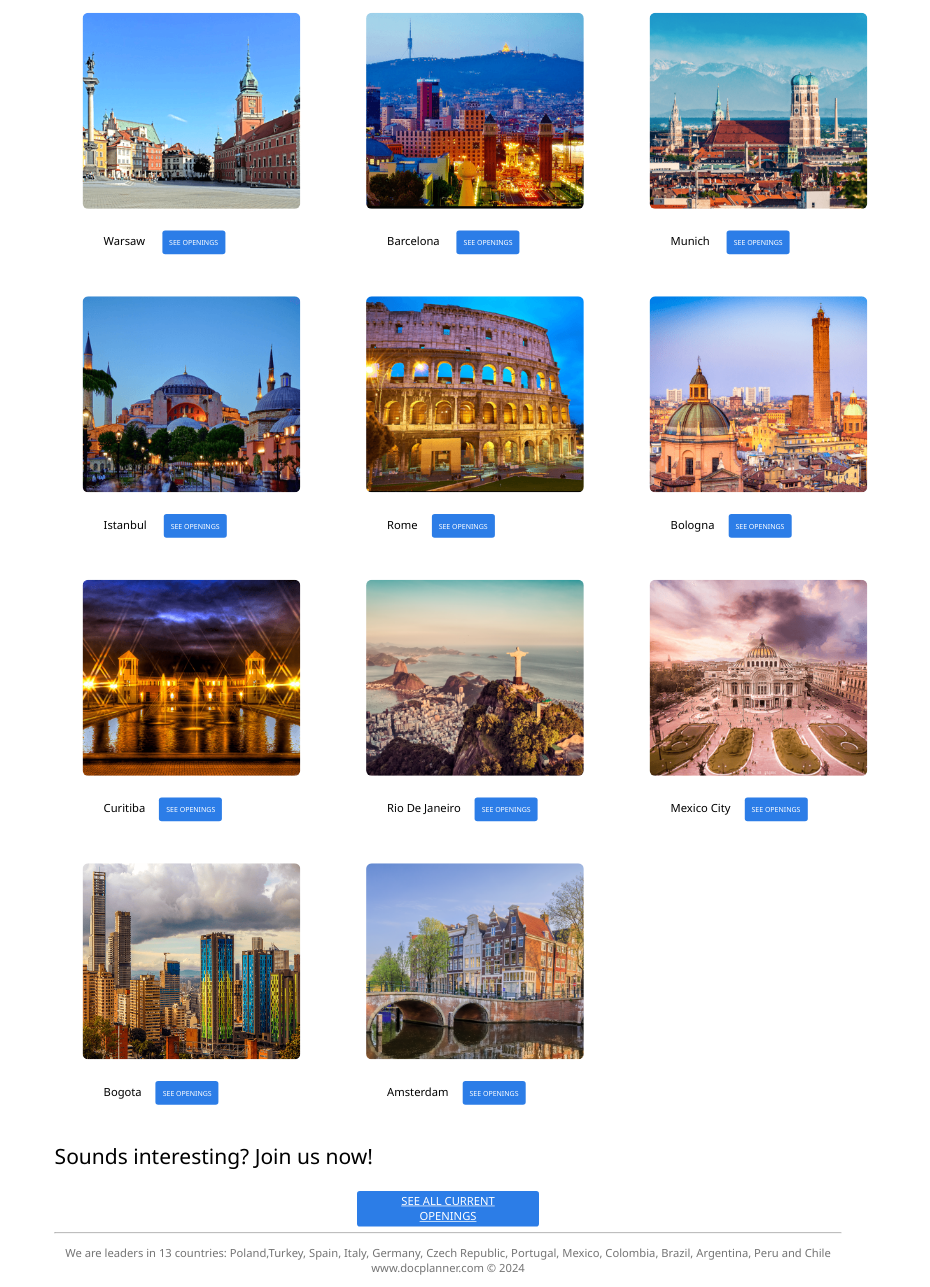
Repository: awa-creator/Checkpoint4
Page: doc.html
An editor plug-in stored every save of this project. The page is shown before and after the next save, followed by the edit.
The browser window is 1280 px wide. The page is 1328 px wide, so the pictures cover 1328 px, including what lies to the right of the window. The pictures show the part of the page from y = 1796 to 3636 px (the page is 3634 px tall before and 3636 px after), at 70% of full size.

Above is the page before, as saved 2024-09-24 23:16:18.

### doc.html
<!DOCTYPE html>
<html lang="en">
<head>
    <meta charset="UTF-8">
    <meta name="viewport" content="width=device-width, initial-scale=1.0">
    <title>Document</title>
    <link rel="stylesheet" href="style1.css">

</head>

<body>
        <header class="Doc_header" >
           <img class="doc_logo" src="image/imagdocplanner/logo-default-group-en.svg" alt="logo" width="238px" height="33px">
            <ul class="nav_menu">
            <li><h4 class="H">A About us</h4></li>
        <li><h4 class="H"> Career</h4></li>
        <li><h4 class="H">Departments</h4></li>
    </ul>
</header>
    <section class="Introduction">
        <div >
            <center><img class="idps" src="image/imagdocplanner/sygnet.png" alt=""></center>
        </div>
               <h1 class="tittle_intro" >Making the healthcare experience more human</h1>
        <div class="intro_text">
        <div class="div1"><p>We want patients to find the perfect doctor and book an appointment in the most easy way. The patient journey should be enjoyable, and that's why we are always next to them: to help them find the best possible care. Anytime, anywhere.</p>
        </div>
            <div class="div2"><p> We also help doctors to better manage their practice and build their  online reputation. With our integrated end-to-end solution, doctors  are able not only to improve their online presence, but also to  devote their time to what really matters: their patients.</p>
            </div>
            </div>
        </section>
        <section class="box">
            <div class="boxp">
                <img src="image/imagdocplanner/icon-patients.svg" alt="">
                <h2 class="text">For patients</h2> <p class="boxtext">Find a doctor, book a <br> visit and solve any <br> health-related doubt</p>
             <div class="">
   <select  class="choose_c" name="selectp" id="">
    <option value="">Choose a country</option>
    <option value="">Tunisia</option>
    <option value="">Morocco</option>
    <option value="">Senegal</option>
    <option value="">England</option>
    <option value="">Sweden</option>
    <option value="">France</option>
    <option value="">Saudi Arabia</option>
    <option value="">Japan</option>
   </select>
             </div>
            </div>
            <div class="boxd">
                <img src="image/imagdocplanner/icon-doctors.svg" alt=""> <h2 class="text">For doctors</h2> <p class="boxtext">Save time managing <br>visits and cut no- <br>shows by half</p>
            <div class="selectd">
                <select class="choose_c" name="" id="">
                    <option class="choose_c" value="">Choose a country</option>
                    <option value="">Argentina</option>
                    <option value="">Brazil</option>
                    <option value="">Chili</option>
                    <option value="">Colombia</option>
                    <option value="">Czech</option>
                    <option value="">Germany</option>
                    <option value="">Italy</option>
                    <option value="">Mexico</option>
                    <option value="">Peru</option>
                    <option value="">Poland</option>
                    <option value="">Spain</option>
                    <option value="">Turkey</option>
                   </select>
            </div>
            </div>
            <div class="boxc">
                <img src="image/imagdocplanner/icon-clinics.svg" alt=""> <h2 class="text">For clinics</h2> <p class="boxtext">Deliver an exceptional <br> patient experience in <br> your clinic</p>
            <select class="choose_c"name="" id="">
                <option value="">2 to 20 specialists</option>
                    <option value="">Brazil</option>
                    <option value="">Czech</option>
                    <option value="">Germany</option>
                    <option value="">Italy</option>
                    <option value="">Mexico</option>
                    <option value="">Poland</option>
                    <option value="">Spain</option>
                    <option value="">Turkey</option>
            </select> <br><br>
            <select  class="choose_c"name="" id="">
                <option  value="" >More than 20 specialists</option>
                <option value="">Brazil</option>
                <option value="">Italy</option>
                <option value="">Mexico</option>
                <option value="">Poland</option>
                <option value="">Spain</option>
            </select>
            </div>
        </section>
        <section  on class="brand_section">
            <p class="brand_intro"> We are a global <br> company <br> with local culture </p>
            <ul class="brand_logo">
            <a href=""><img class="im" src="image/imagdocplanner/sygnet.png" alt="">Znanylekarz</a>
            <a href=""><img class="im" src="image/imagdocplanner/sygnet.png" alt="">Doctoralia</a>
            <a href=""><img class="im" src="image/imagdocplanner/sygnet.png" alt="">Miodottore</a>
            <a href=""><img class="im" src="image/imagdocplanner/sygnet.png" alt="">Doktortakvimi</a>
            <a href=""><img class="im" src="image/imagdocplanner/sygnet.png" alt="">Znamylekar</a>
            <a class="bl" href="https://www.jameda.de/"><img class="jameda" src="image/imagdocplanner/logo-jameda.svg" alt=""></a>
            <a href="https://tuotempo.com/powered-by-tuotempo"><img class="tuotempo" src="image/imagdocplanner/logo-tuotempo.svg" alt="" width="140px" height="30px"></a>
            <a href="https://gipo.it/?redirect_origin=www.gipo.it"><img class="gipo" src="image/imagdocplanner/logo-gipo-primary.svg" alt=""></a>
            <a href="href=https://clinic-cloud.com/"><img class="clinic" src="image/imagdocplanner/logo-clinicloud.svg" alt="" > </a>
            <a  href="href=https://feegowclinic.com.br/"><img class="feegowclinic"  src="image/imagdocplanner/logo-feegow.svg" alt=""></a>
            <a  href="href=https://mydr.pl/welcome/"><img class="mydr" src="image/imagdocplanner/my-dr-edm-logo.svg" alt="" ></a>
        </ul>
    </section>
        <section class="platform">
            <div class="plat">
            <h1 class="iplat"> The world's biggest <br>healthcare platform</h1>
<p class="p_plat">We work from 9 offices all over the world, bringing Docplanner Group <br>to life in 13 countries. <br></p></div>
  <img class="logsynget" src="image/imagdocplanner/logo.png" alt="" >
<center><div class="grid">
                        <div class="column1a">
                   <img class="ilog" src="image/imagdocplanner/flag.png" alt="">  <h4 class="tittlegrid">Leader in 13 <br>countries </h4> <p class="textgrid">Poland, Brazil, Mexico, Spain, Italy, Germany, Turkey, Colombia, Czech Republic, Portugal, Argentina, Peru and Chile</p>
                        </div>
                        <div class="column1b">
                            <img class="ilog"  src="image/imagdocplanner/patients.png" alt=""><h4 class="tittlegrid">90,000,000 <br>patients</h4><p class="textgrid">visit our websites each month</p>
                                </div>
                        <div class="column2a">
                            <img class="ilog"  src="image/imagdocplanner/visits.png" alt=""> <h4 class="tittlegrid">22,000,000 <br>appointments</h4><p class="textgrid">booked last month</p>
                                </div>

                <div class="column2b">
                    <img class="ilog"  src="image/imagdocplanner/doctors.png" alt=""><h4 class="tittlegrid">260,000 <br>active doctors</h4> <p class="textgrid">trust our solutions</p>
                        </div>   </center>
                    </div>
                </section>
        <section class="contries">
            <center><h1 class="h1_contrie">Improve the lives of millions. <br>Change yours forever.</h1></center>
            <center><p class="p_contrie"> More than 2800 team mates share our same vision,<br> goals and passion.With offices in Warsaw, Barcelona, Munich, Istanbul, Rome, Rio, Bologna,<br> Mexico City and Curitiba, our search for great talent never stops. </p></center>
        </section>
       <section>
            <ul class="picture" >
     <li class="country1">
        <img class="coun" src="image/imagdocplanner/warsaw.png" alt=""><div class="count">Warsaw <a href="#">SEE OPENINGS</a></div></li>
<li class="country2">
<img class="coun"  src="image/imagdocplanner/barcelona.png" alt=""><div class="count">Barcelona <a href="#" target="_blank" rel="noopener noreferrer">SEE OPENINGS</a></div>
</li>
<li class="country3">
<img class="coun" src="image/imagdocplanner/munich.png" alt=""><div class="count">Munich <a href="#" target="_blank" rel="noopener noreferrer">SEE OPENINGS</a></div>
</li>
<li class="country3">
<img class="coun" src="image/imagdocplanner/istanbul.png" alt=""> <div class="count">Istanbul <a href="#" target="_blank" rel="noopener noreferrer">SEE OPENINGS</a></div>
</li>
<li class="country4">
<img class="coun" src="image/imagdocplanner/rome.png" alt=""><div class="count">Rome<a href="#" target="_blank" rel="noopener noreferrer">SEE OPENINGS</a></div>
</li>
<li class="country5">
<img class="coun" src="image/imagdocplanner/bologna.png" alt=""><div class="count">Bologna<a href="#" target="_blank" rel="noopener noreferrer">SEE OPENINGS</a></div>
</li>
<li class="country6">
    <img class="coun" src="image/imagdocplanner/curitiba.png" alt=""><div class="count">Curitiba<a href="#" target="_blank" rel="noopener noreferrer">SEE OPENINGS</a></div>
    </li>
    <li class="country7">
        <img class="coun" src="image/imagdocplanner/rio-janeiro.png" alt=""><div class="count">Rio De Janeiro<a href="#" target="_blank" rel="noopener noreferrer">SEE OPENINGS</a></div>
        </li>
        <li class="country8">
            <img class="coun" src="image/imagdocplanner/mexico-city.png" alt=""><div class="count">Mexico City<a href="#" target="_blank" rel="noopener noreferrer">SEE OPENINGS</a></div>
            </li>
            <li class="country9">
                <img class="coun" src="image/imagdocplanner/bogota.png" alt="" ><div class="count">Bogota<a href="#" target="_blank" rel="noopener noreferrer">SEE OPENINGS</a></div>
                </li>
                <li class="country10">
                    <img class="coun" src="image/imagdocplanner/amsterdam.png" alt=""><div class="count">Amsterdam<a href="#" target="_blank" rel="noopener noreferrer">SEE OPENINGS</a></div>
                    </li>
                </ul>
            </section>
<section>
    <p class="conclu"> Sounds interesting? Join us now!</p>
   <center><div class="finish">SEE ALL CURRENT OPENINGS</div></center>
</section>



</body>
<footer> <hr>
    <p class="end">We are leaders in 13 countries: Poland,Turkey, Spain, Italy, Germany, Czech Republic, Portugal, Mexico, Colombia, Brazil, Argentina, Peru and Chile
    <br>www.docplanner.com © 2024 </p>

</footer>
</html>

### style1.css
body{
    font-family: 'Segoe UI', Tahoma, Geneva, Verdana, sans-serif;
    padding-left: 70px;
    padding-right: 70px;

    }
.Doc_header{
    display: inline;
    padding: 10px;
    margin: 10px;
    display: flex;
    justify-content: space-between;
    align-content: space-between;
    position: sticky;
}
.doc_logo{
    display: flex;
    justify-content: center;
}
.nav_menu{
    display: flex;
    justify-content: space-between;
    margin:0px;
    padding: 0px;
    list-style-type: none;
    color: #747474;
}
.div1,.div2{
    float: left;
    padding: 10px;
}
.H{
    margin: 10px;
}
.idps{
    display: flex;
    align-self: center;
}

.log{
    text-align: center;
}

.tittle_intro{
text-align: center;
color:#00b39b;
font-size:2em;
font-family:Arial, Helvetica, sans-serif;
font-weight: normal;
}
.intro_text{
    display: flex;
    justify-content: space-around;
    color:#747474;
    font-family: system-ui, -apple-system, BlinkMacSystemFont, 'Segoe UI', Roboto, Oxygen, Ubuntu, Cantarell, 'Open Sans', 'Helvetica Neue', sans-serif;
    font-size: 16px;
    margin:20px;
}
.box{
    display: flex;
    margin: 30px;
    width: 80%;
    flex-direction: row;
    margin-left: 10%;

}

.boxp{
    background-color:#00ccb1;
   padding: 10px;
   border-radius: 10px;
   color: white;
   margin: 10px;
   height: 300px;
   flex-basis: 48%;
   width: 20%;
}
.boxd{
    background-color:#3d83df ;
   padding: 10px;
   border-radius: 10px;
   color: white;
   margin: 10px;
   height: 300px;
   flex-basis: 48%;
   width:20%;
}
.boxc {
    background-color:#1b2734;
    padding: 10px;
    border-radius: 10px;
    color: white;
    margin: 10px;
    height: 300px;
    flex-basis: 48%;
    width:20%;
}
.text{
    font-family: Arial, Helvetica, sans-serif;
    font-weight: normal;
    font-size: 28px;
}
.boxtext{
    font-weight: normal;
    font-size: 24px;
}
.selectp{
    background-color: none;
}
.choose_c{
    background-color: transparent;
    color: #FFF;
    border: transparent;
    text-decoration: underline;
    font-size: 15px;
}
.brand_intro{

    color: #00b39b;
    font-size: 24px;
margin-left: 200px;

}
.brand_section{
    display: flex;
    justify-content: space-between;
    padding: 20px;
    margin: -40px;
}
.brand_logo {
    display: grid;
    grid-template-columns: repeat(4,110px);
    grid-template-rows: repeat(3,70px);
    margin-right: 160px;
    font-weight: 600;
    filter:grayscale(100%);
}
a{
    text-decoration: none;
}
.im{
   display: grid;
    height: 25px;
    width:25px;
    filter:grayscale(100%);
   grid-template-columns: repeat(4, 1fr);
    grid-template-rows: repeat(3, 1fr);
    margin-left: -25px;
    margin-bottom: -25px;
}
.jameda{

    filter:grayscale(100%);
    margin-bottom: -5px;

}
.tuotempo{
    width: 100px;
    filter:grayscale(100%);
    margin-top: -5px;
}
.gipo{
    width: 40px;
    filter:grayscale(100%);
    margin-top: -10px;
    margin-left: 20px;
}
.clinic{
    width: 60px;
    filter:grayscale(100%);
    margin-top: -10px;
}
.feegowclinic{
    width: 90px;
    filter:grayscale(100%);
    margin-top: -10px;
}
.mydr{
    width: 100px;
    filter:grayscale(100%);
    margin-top: -10px;
}


.platform{
    background-color: #e5faf8;
    max-height: 600px;
    overflow: hidden;
}
.plat{
    color:#34b99d;

}
.logosy{
    padding-left: 50px;
    padding-top: 50px;
}
.logsynget{
    padding-left: 50px;
    padding-top: 50px;
    overflow: hidden;
}
.iplat{
    font-weight: normal;
    font-size: 34px;
    margin-left: 70px;
    margin-bottom: -40px;

}
.p_plat{
    color: #747474;
    margin-left: 70px;
    padding-bottom: 60px
}
.grid{
    display: grid;
    gap: 20px;
    grid-template-columns: repeat(2, 1fr);
    position: relative;
    border-radius: 10px;
    margin-left: 600px;
    margin-top:-600px;
    width: 40%;
    height: 80%;
    padding: 40px;
}
.tittlegrid{
    font-weight: normal;
    color: #00b39b;
}
.column1a{
    background-color:#FFF;
    border-radius: 5px;
    height: auto;
}
.column1b{
    background-color:#FFF;
    border-radius: 5px;
    height: auto;
    transform: translateY(-30px);
}
.ilog{
    margin-top: 30px;
}
.column2a{
    background-color:#FFF;
    border-radius: 5px;
  height: auto;

}
.column2b{
    background-color:#FFF;
    border-radius: 5px;
  height: auto;
  transform: translateY(-30px);
}

.textgrid{
    color: #747474;
    font-family: system-ui, -apple-system, BlinkMacSystemFont, 'Segoe UI', Roboto, Oxygen, Ubuntu, Cantarell, 'Open Sans', 'Helvetica Neue', sans-serif;
 font-size: 13px;
}
.h1_contrie{
    color: #00b39b;
    font-weight: normal;
    padding: 5px;
 font-size: 30px;
}
.p_contrie{
    color: #747474;
    margin: 22px;
    font-size: 14px;
    padding: 20px;
}
.contries{
    justify-content: center;
}
.picture{
    display: grid;
    grid-template-columns: repeat(3, 400px);
    grid-template-rows: repeat(3, 400px);
    list-style-type: none;
    grid-gap: 5px;
    margin: auto;
}
.coun{
    border-radius: 8px;
    width: 311px;
    height:280px;
}
.count{
    border-color: #;
    border: 1px solid 747474;

}
.count a{
    width: 70px;
    height: 15px;
    left: 200px;
    top: -50px;
    background-color: #2c7de7;
    color: white;
    font-size: .625rem;
    padding: 1em 1.5em;
    border-radius: 4px;
    bottom: 10px;

}
.count,.count a{
    margin: 20px;
    padding: 10px;

}
.conclu{
font-size: 30px ;
}
.finish{
   text-decoration: underline;
    width: 210px;
    height: 1px;
    background-color: #2c7de7;
    color: white;
    padding: 25px;
    border-radius: 4px;
    display: flex;
    align-items: center;
}
.end{
    color: #747474;
    text-align: center;
}

After the next save:
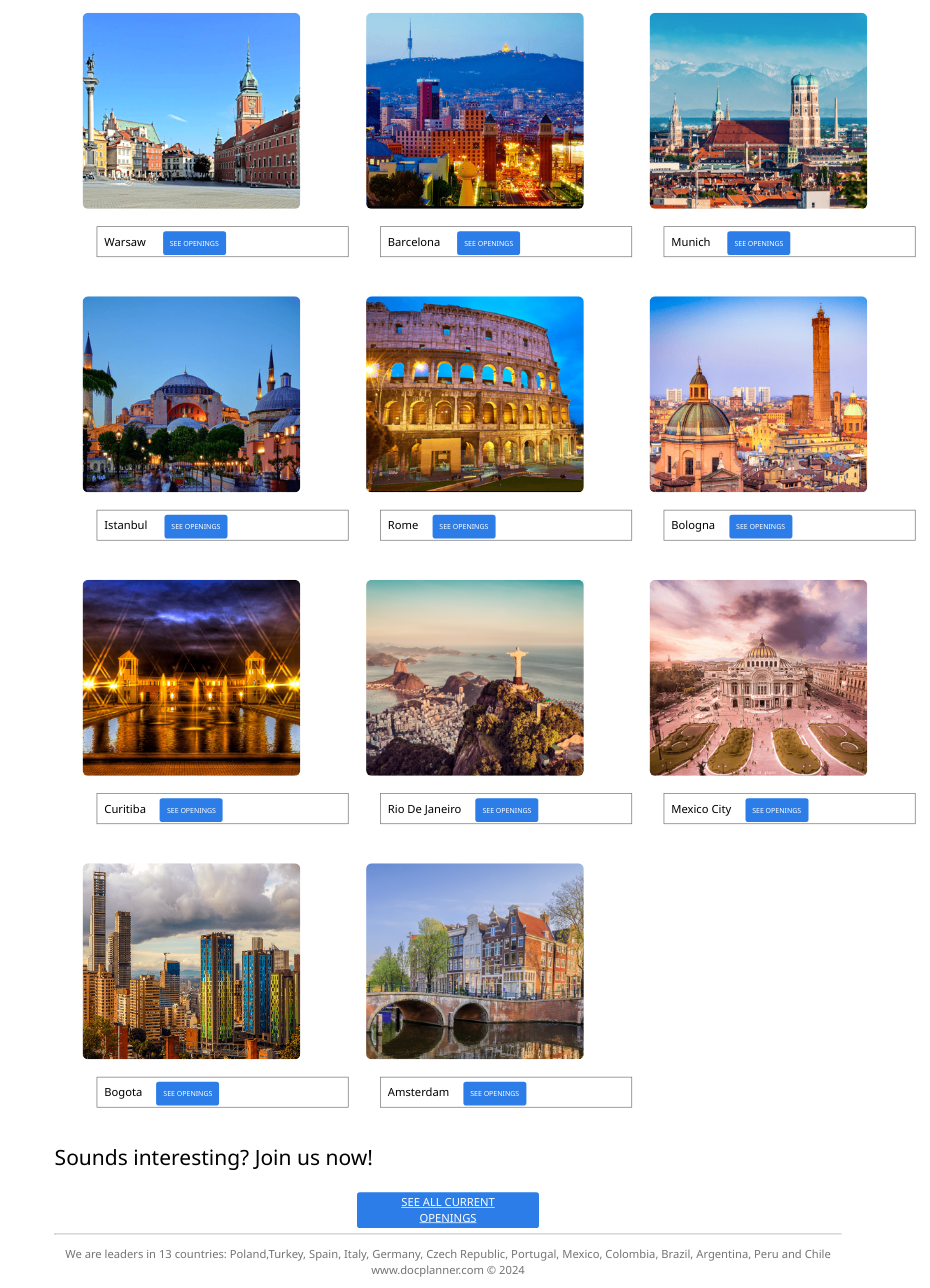
Saved 14 s later.
--- a/style1.css
+++ b/style1.css
@@ -289,8 +289,7 @@
     height:280px;
 }
 .count{
-    border-color: #;
-    border: 1px solid 747474;
+    border: 1px solid #747474;
 
 }
 .count a{
